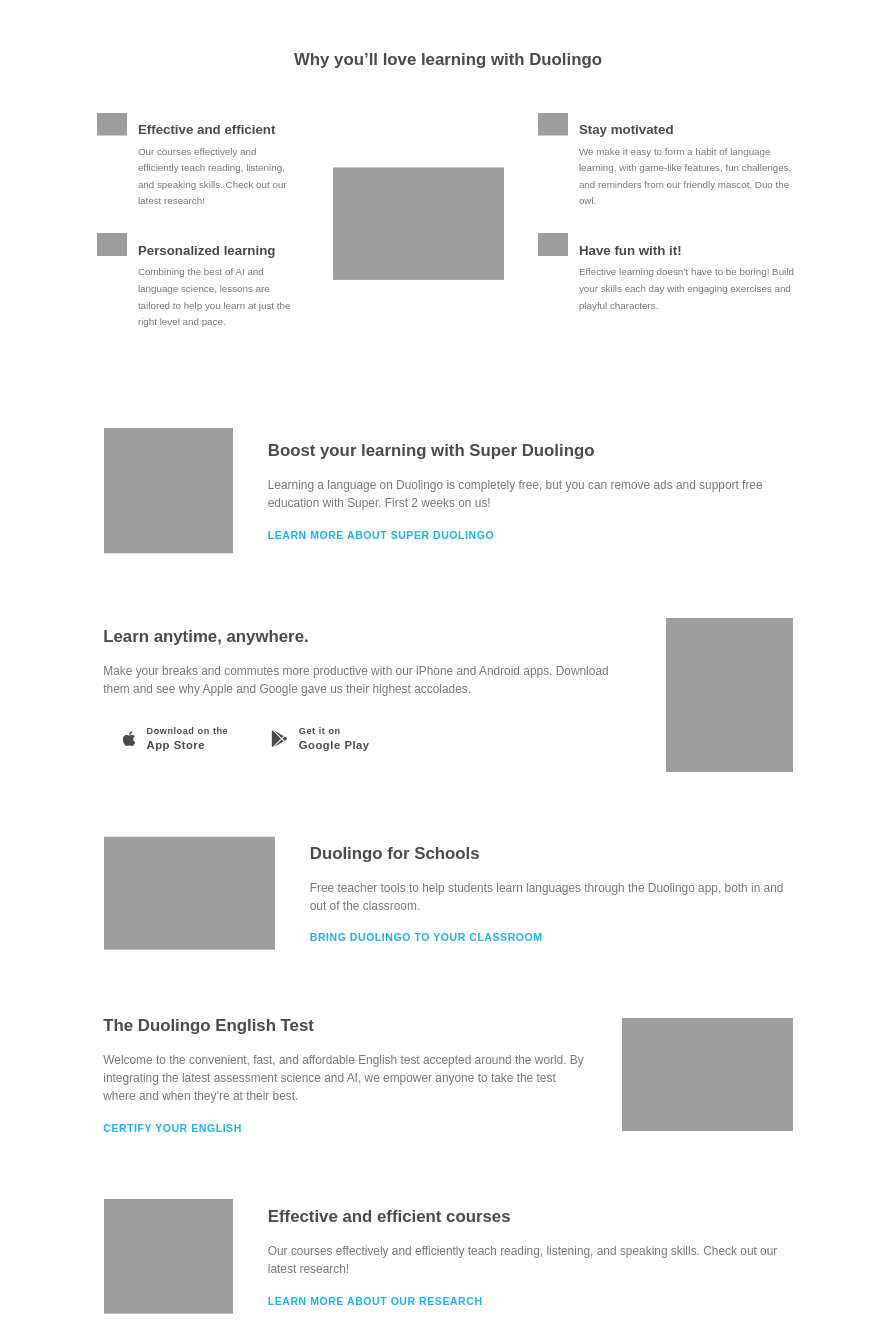
Repository: kauittt/duolingo-little
Page: login.html
These files come from the project's save history. The page is drawn as it stood at one moment and after the next save; the edit follows.
The browser window is 1280 px wide. The pictures show the part of the page from y = 937 to 2857 px (the page is 2857 px tall), at 70% of full size.
Pictures or frames that could not be fetched are drawn as grey boxes. A picture or video elsewhere on the page could not be fetched, so the positions and the page height are approximate. Some web libraries are served in a nearby version.

Above is the page before, as saved 2023-03-26 20:52:07.

After the next save:
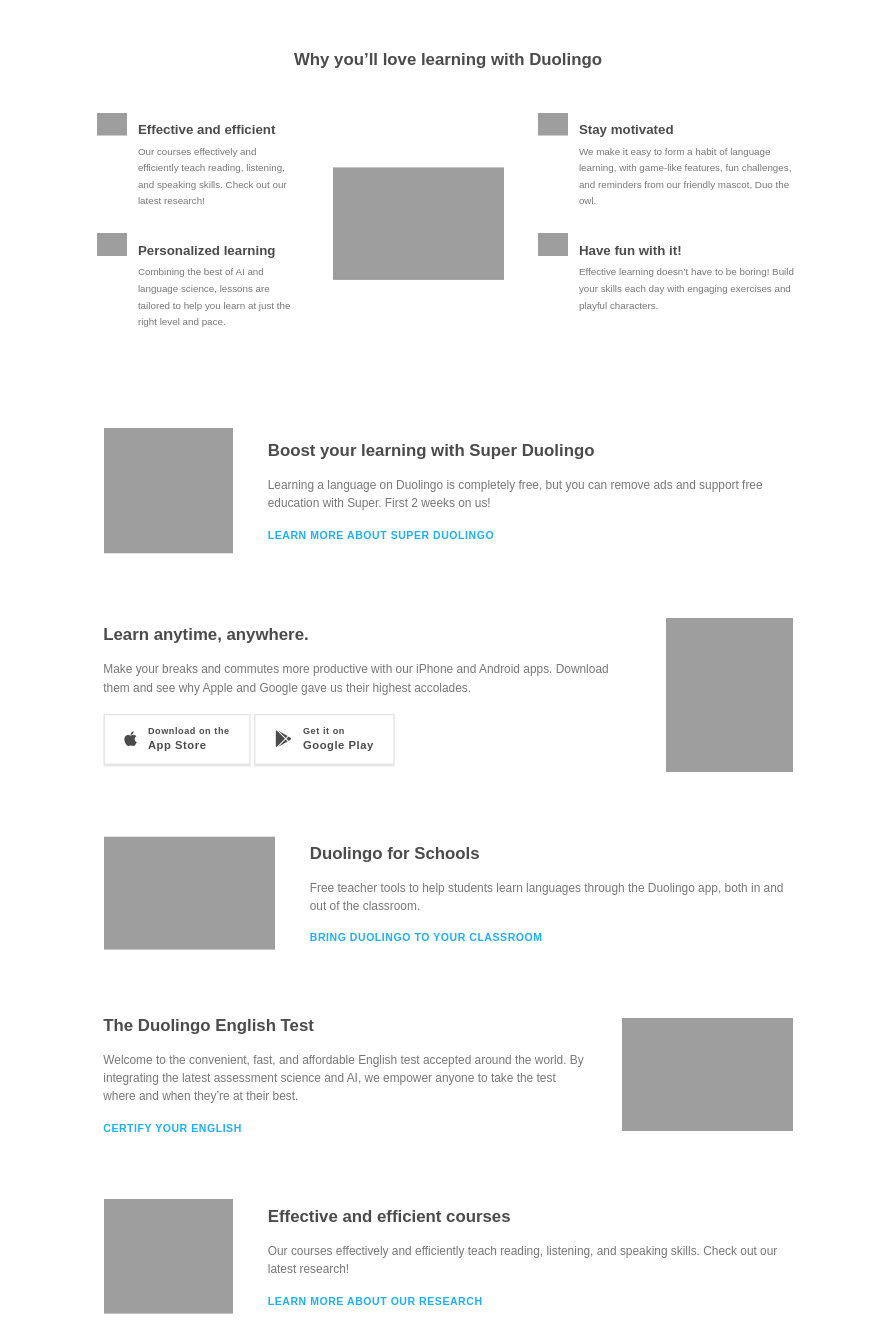
Saved 71 s later.
--- a/assets/css/stytes.css
+++ b/assets/css/stytes.css
@@ -220,6 +220,10 @@
     text-transform: none;
     color: rgb(75, 75, 75);
     padding: 14px 28px;
+
+    border: 2px solid rgb(229, 229, 229);
+    border-radius: var(16px);
+    box-shadow: 0 2px 0 rgb(229, 229, 229);
 }
 
 .section-content__link-item > i {
